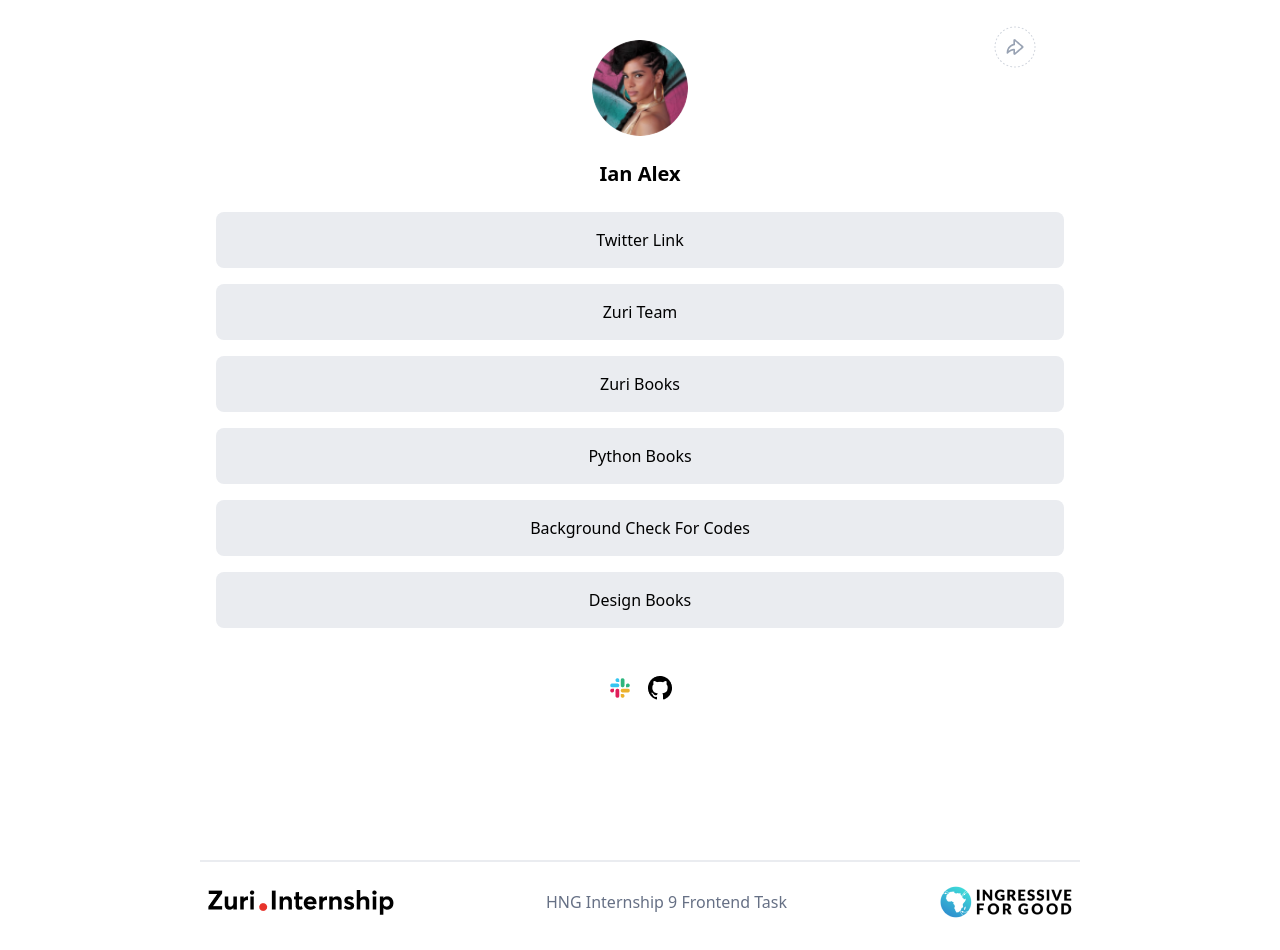
Repository: nonso7/hng9
Page: /
An editor plug-in stored every save of this project. The page is shown before and after the next save, followed by the edit.
The browser window is 1280 px wide. The pictures show the whole page.
The project was rebuilt for these pictures with package versions that can differ from the ones it lists, and the page was loaded fresh each time. Also part of the build but not shown: vite.config.js.

Above is the page before, as saved 2022-10-27 13:01:08.

### src/main.jsx
import React from "react";
import ReactDOM from "react-dom/client";
import App from "./App";
import "./styles/tailwind.css";

ReactDOM.createRoot(document.getElementById("root")).render(
  <React.StrictMode>
    <App />
  </React.StrictMode>
);

### src/App.jsx
import React from "react";
import Header from "./Header";
import Links from "./Links";
import Socials from "./Socials";
import Footer from "./Footer";

const App = () => {
  return (
    <div className="">
      <Header />
      <Links />
      <Socials />
      <Footer />
    </div>
  );
};

export default App;

### src/styles/tailwind.css
@tailwind base;
@tailwind components;
@tailwind utilities;

* {
  margin: 0;
  padding: 0;
  border-box: box-sizing;
}

.img-container::after {
  position: absolute;
  content: "";
  height: 6rem;
  width: 100%;
  top: 0;
  left: 0;
  right: 0;
  bottom: 0;
  background-color: gray;
  border-radius: 50px;
  background-color: transparent;
}

.img-container {
  position: relative;
}

.img-container:hover.img-container::after {
  background-color: #344054bf;
}

.camera {
  z-index: 999;
  postion: absolute;
  top: 65px;
  left: 35px;
  display: none;
}

.img-container:hover .camera {
  display: block;
}

### src/Header.jsx
import React from "react";

const Header = () => {
  return (
    <section className="p-6">
      {/* image contaiber */}
      <div className=" flex justify-center mt-8 relative md:mt-4">
        <div className="flex flex-col space-y-6 items-center">
          <div className="img-container">
            <img
              id="profile__img"
              className="h-24 w-24 rounded-full"
              src="/images/Anette-Black.png"
              alt="profile picture"
            />
            <img className="camera" src="/images/Photo-Icon.png" alt="" />
          </div>
          <p id="twitter" className="text-xl font-bold">
            Ian Alex
          </p>
        </div>
        <p id="slack" className="text-xl font-bold hidden">
          Ik-Alex
        </p>
        <div className="hidden absolute md:right-[130px] lg:right-[220px] md:top-[-14px] md:block">
          <img src="/images/_Avatar share button full.png" alt="" />
        </div>
      </div>
      {/* mobile image */}
      <div className=" absolute right-[30px] top-[40px]  md:hidden">
        <img src="/images/_Avatar share button.png" alt="" />
      </div>
    </section>
  );
};

export default Header;

### src/Links.jsx
import React from "react";
import Data from "./Data";

const Links = () => {
  return (
    <section className="">
      <div className=" mx-auto container px-8 md:px-16">
        {Data.map((info) => {
          return (
            <a
              id={info.keyId}
              className="block bg-darkGrey rounded-lg text-center mb-4  py-4 px-6 md:px-8 hover:cursor-pointer hover:bg-"
              href={info.link}
            >
              {info.title}
            </a>
          );
        })}
      </div>
    </section>
  );
};

export default Links;

### src/Socials.jsx
import React from "react";

const Socials = () => {
  return (
    <section className="mx-auto container px-8 py-8 md:px-16 md:pb-32">
      <div className="flex flex-row space-x-4 items-center justify-center ">
        <div className="">
          <img src="/images/slack.png" alt="" />
        </div>
        <div className="">
          <img src="/images/Icon.png" alt="" />
        </div>
      </div>
    </section>
  );
};

export default Socials;

### src/Footer.jsx
import React from "react";

const Footer = () => {
  return (
    <footer className="mx-auto container px-4 py-8 md:px-12">
      <div className="flex flex-col space-y-6 items-start pt-6 px-2 border-t-2 border-darkGrey md:flex-row md:justify-between md:items-center md:space-y-0">
        <div className="relative">
          <div className="">
            <img src="/images/Vector.png" alt="" />
          </div>
          <div className="absolute left-[51px] bottom-1">
            <img src="/images/Vectordot.png" alt="" />
          </div>
        </div>
        <p className="text-lightGrey">HNG Internship 9 Frontend Task</p>
        <div className="">
          <img src="/images/I4G.png" alt="" />
        </div>
      </div>
    </footer>
  );
};

export default Footer;

### src/Data.jsx
const Data = [
  {
    keyId: "twitter_id",
    title: "Twitter Link",
    link: "https://twitter.com/ik_again",
  },
  {
    keyId: "btn__zuri",
    title: "Zuri Team",
    link: "https://training.zuri.team/",
  },
  {
    keyId: "books",
    title: "Zuri Books",
    link: "http://books.zuri.team/",
  },
  {
    keyId: "book_python",
    title: "Python Books",
    link: "http://books.zuri.team/python-for-beginners?ref_id=<Ik-Alex>",
  },
  {
    keyId: "pitch",
    title: "Background Check For Codes",
    link: "https://background.zuri.team/",
  },
  {
    keyId: "book_design",
    title: "Design Books",
    link: "https://books.zuri.team/design-rules",
  },
];
export default Data;

### tailwind.config.cjs
/** @type {import('tailwindcss').Config} */
module.exports = {
  content: ["./src/**/*.{jsx,js}"],
  theme: {
    screens: {
      sm: "480px",
      md: "768px",
      lg: "976px",
      xl: "1440px",
    },
    extend: {
      colors: {
        darkGrey: "hsl(220, 17%, 93%)",
        lightGrey: "hsl(221, 13%, 46%)",
      },
    },
  },
  plugins: [],
};

Loaded but not shown: index.html (common file)

After the next save:
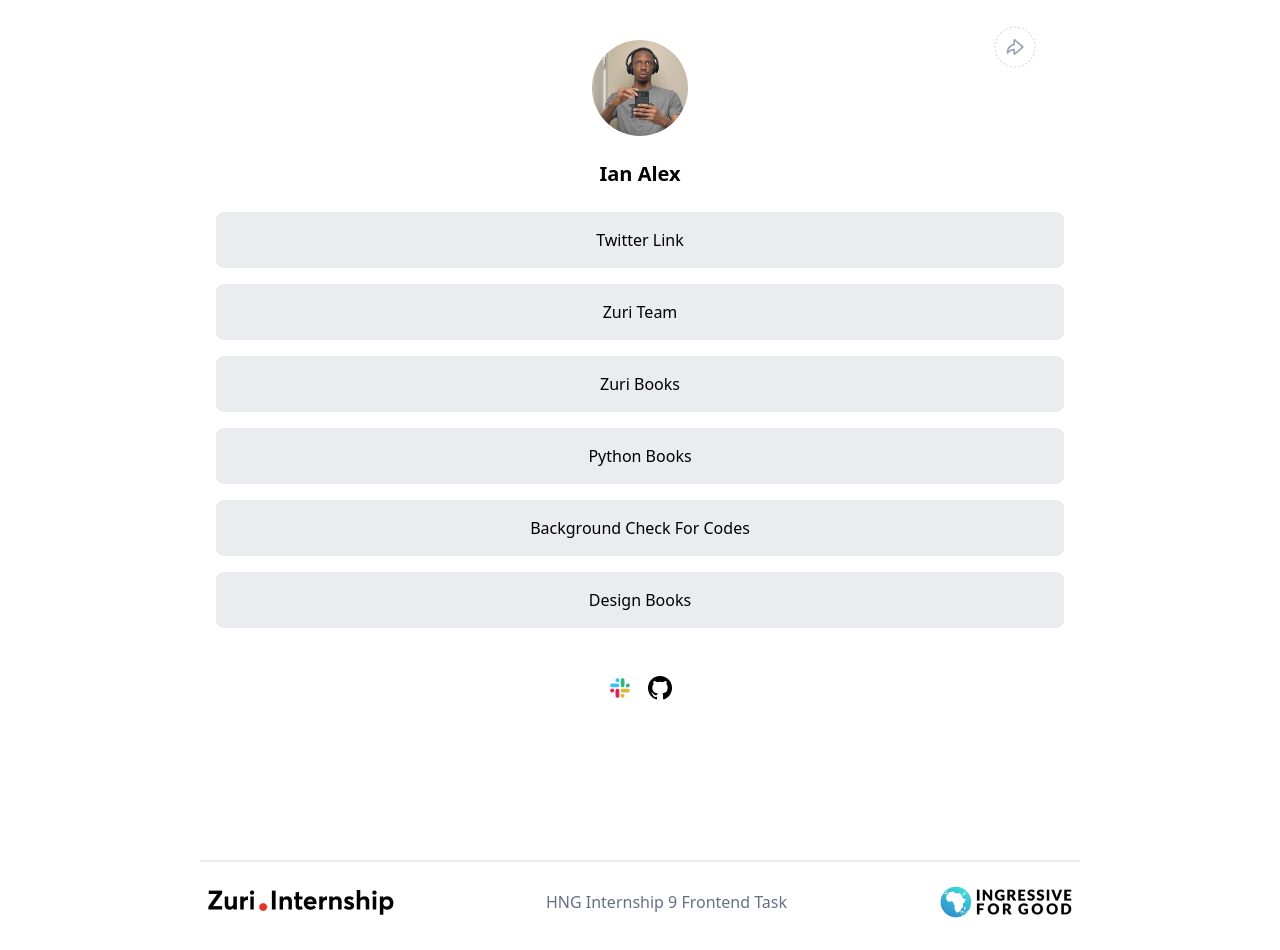
Saved 24 s later.
--- a/src/Header.jsx
+++ b/src/Header.jsx
@@ -10,7 +10,7 @@
             <img
               id="profile__img"
               className="h-24 w-24 rounded-full"
-              src="/images/Anette-Black.png"
+              src="/images/IMG-1295.jpg"
               alt="profile picture"
             />
             <img className="camera" src="/images/Photo-Icon.png" alt="" />
